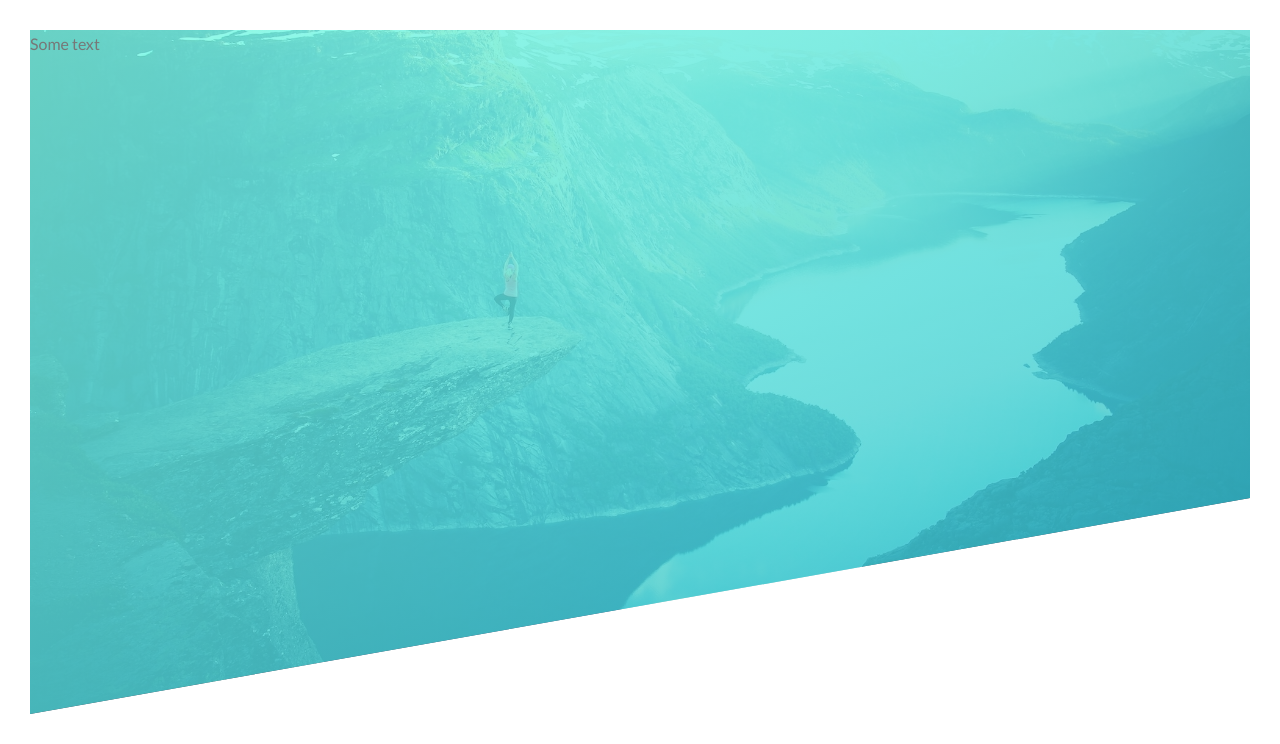
Repository: haokiet2501/natours-page
Page: index.html
An editor plug-in stored every save of this project. The page is shown before and after the next save, followed by the edit.
The browser window is 1280 px wide. The pictures show the whole page.

Above is the page before, as saved 2022-07-31 16:51:29.

After the next save:
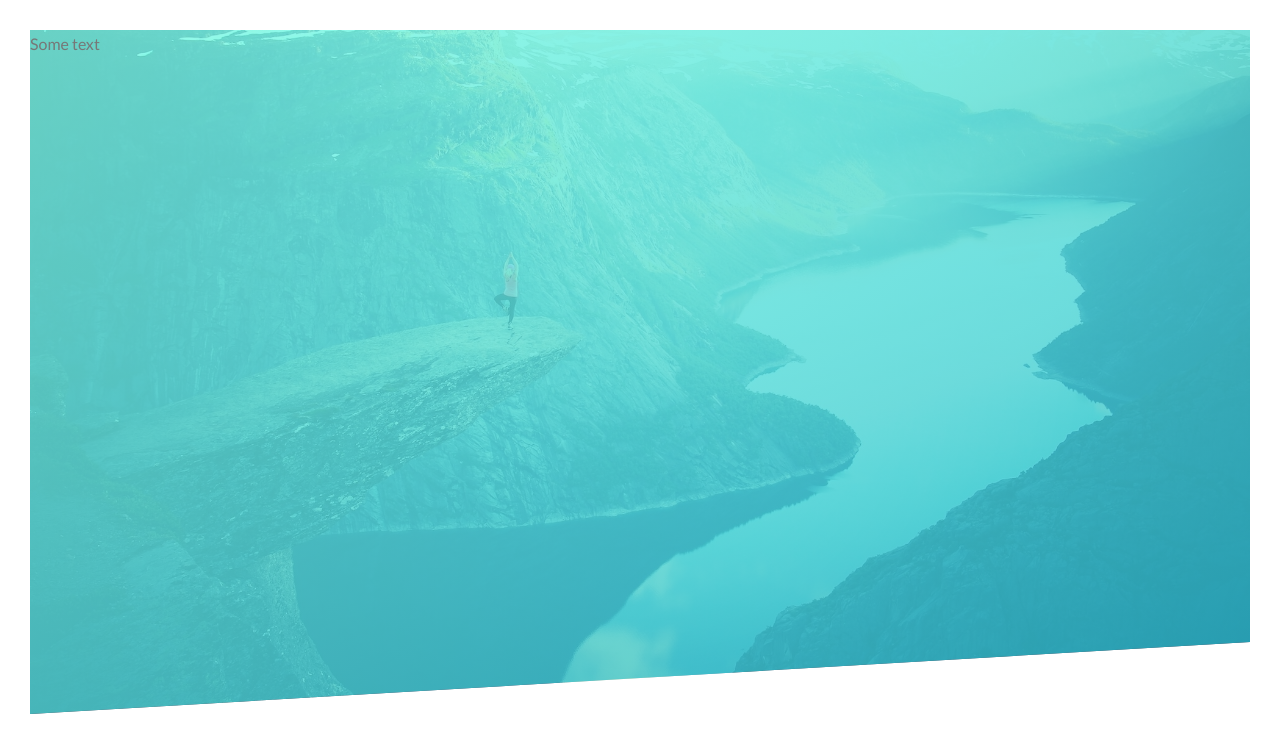
Saved 5 s later.
--- a/styles.css
+++ b/styles.css
@@ -34,5 +34,5 @@ html {
         ) ,url("./img/hero.jpg");
     background-size: cover;
     background-position: top;
-    clip-path: polygon(0 0, 100% 0, 100% 65vh, 0 100%);
+    clip-path: polygon(0 0, 100% 0, 100% 85vh, 0 100%);
 }
